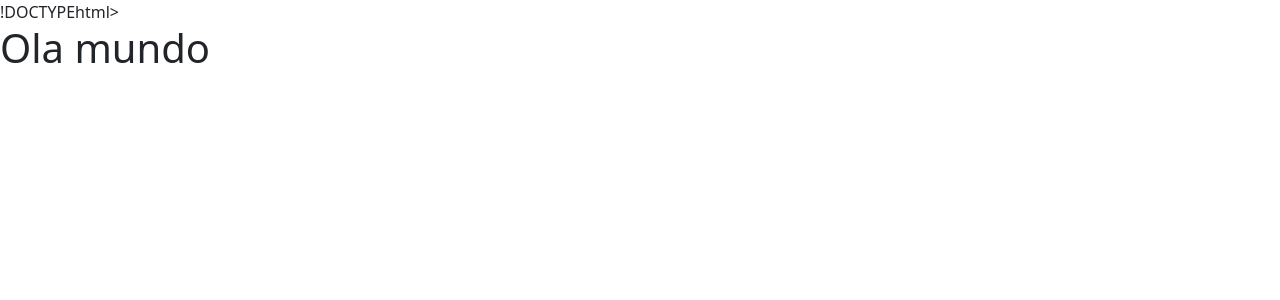
Repository: GabrielAzevedo99/back-end
Page: java-crud/src/main/webapp/index.html
These files come from the project's save history. The page is drawn as it stood at one moment and after the next save; the edit follows.
The browser window is 1280 px wide. The pictures show the whole page.

Above is the page before, as saved 2022-02-04 23:53:56.

### java-crud/src/main/webapp/index.html
!DOCTYPEhtml>
<html>

<meta charset="ISO-8859-1">
<title> PROJETO CRUD COM JAVA </title>
<!-- CSS only -->
<link href="https://cdn.jsdelivr.net/npm/bootstrap@5.1.3/dist/css/bootstrap.min.css" rel="stylesheet" integrity="sha384-1BmE4kWBq78iYhFldvKuhfTAU6auU8tT94WrHftjDbrCEXSU1oBoqyl2QvZ6jIW3" crossorigin="anonymous">
</head>
<body>
<!-- JavaScript Bundle with Popper -->
<script src="https://cdn.jsdelivr.net/npm/bootstrap@5.1.3/dist/js/bootstrap.bundle.min.js" integrity="sha384-ka7Sk0Gln4gmtz2MlQnikT1wXgYsOg+OMhuP+IlRH9sENBO0LRn5q+8nbTov4+1p" crossorigin="anonymous"></script>
<h1>Ola mundo</h1>
</body>
</html >

After the next save:
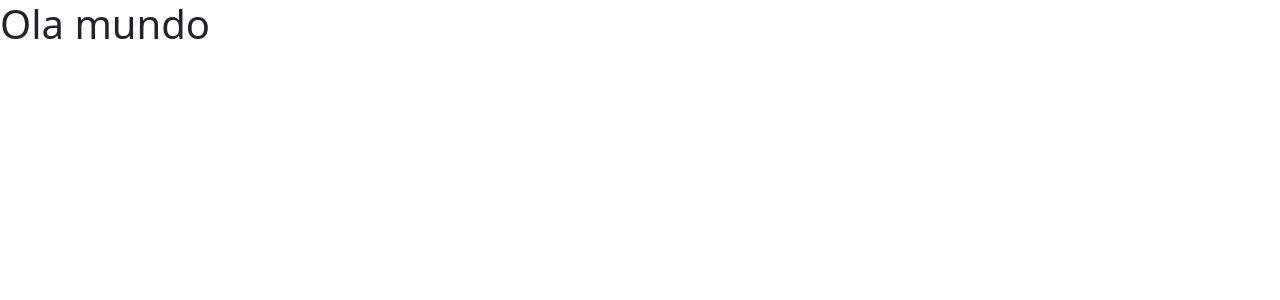
Saved 2 min 27 s later.
--- a/java-crud/src/main/webapp/index.html
+++ b/java-crud/src/main/webapp/index.html
@@ -1,4 +1,4 @@
-!DOCTYPEhtml>
+<!DOCTYPEhtml>
 <html>
 
 <meta charset="ISO-8859-1">
